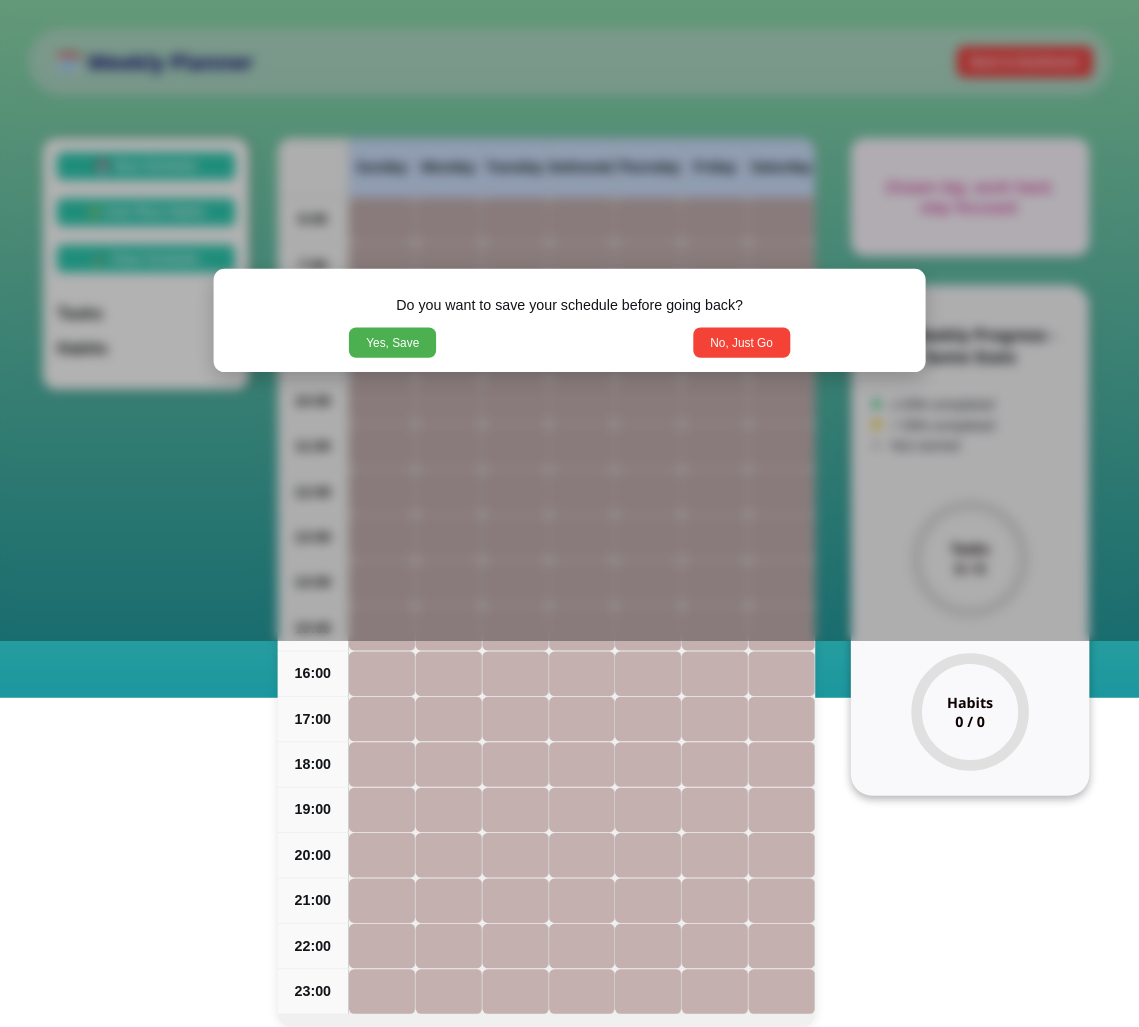
Repository: RachelB9913/smart-task-and-habit-tracker
Page: /schedule, after clicking the first element matching `button.logout-button`
These files come from the project's save history. The page is drawn as it stood at one moment and after the next save; the edit follows.
The browser window is 1280 px wide. The pictures show the whole page, at 89% of full size.
The project was rebuilt for these pictures with package versions that can differ from the ones it lists, and the page was loaded fresh each time. Also part of the build but not shown: src/components/PageWrapper.js, src/components/welcome.js, src/services/api.js, src/components/Login.js, src/components/Register.js, src/components/DashBoard.js.

Above is the page before, as saved 2025-06-29 20:51:38.

After the next save:
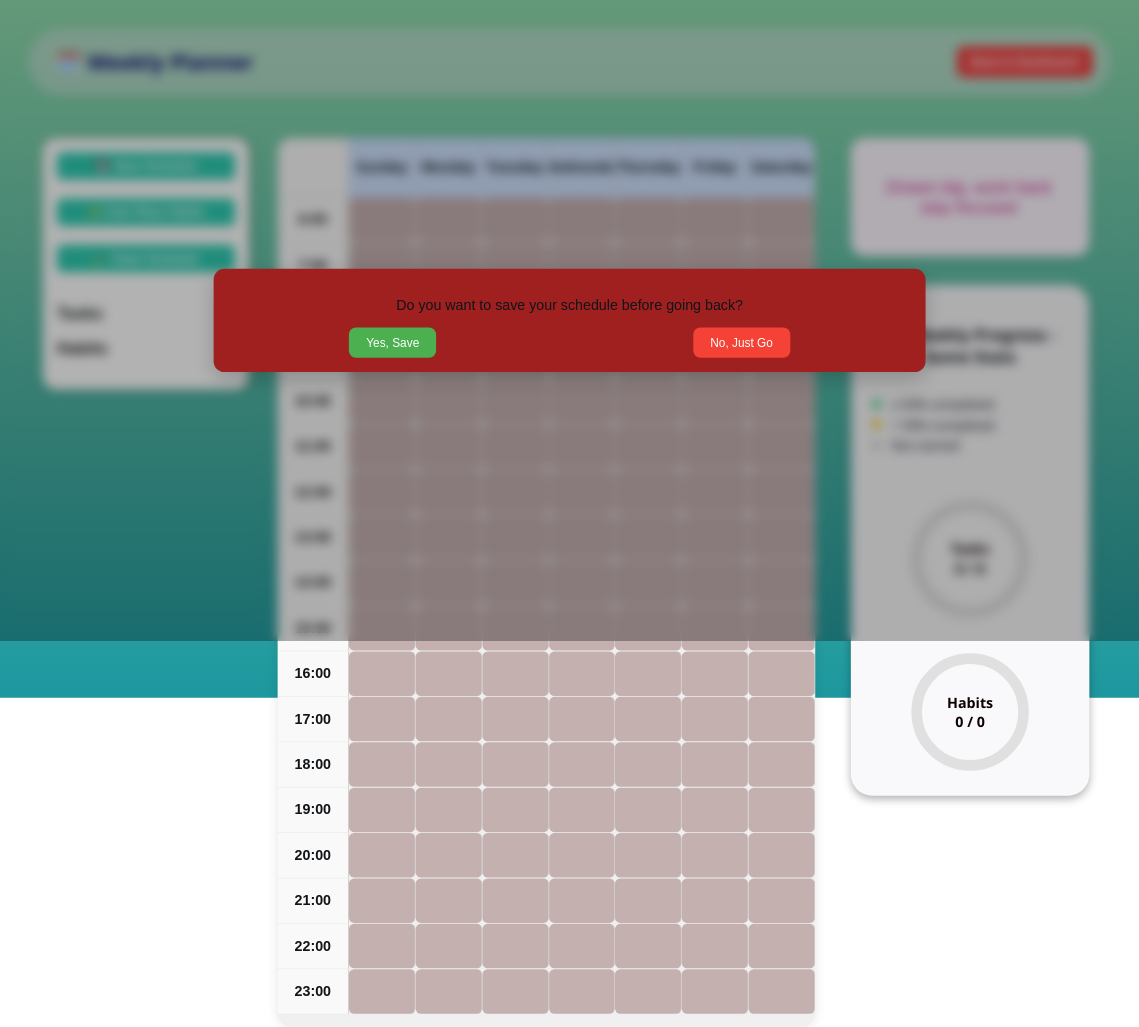
Saved 22 s later.
--- a/src/components/SchedulePlanner.css
+++ b/src/components/SchedulePlanner.css
@@ -244,7 +244,7 @@
 }
 
 .modal-content {
-  background-color: white;
+  background-color: rgb(160, 32, 32);
   padding: 2rem;
   border-radius: 12px;
   box-shadow: 0 8px 24px rgba(0, 0, 0, 0.2);

After the save that followed:
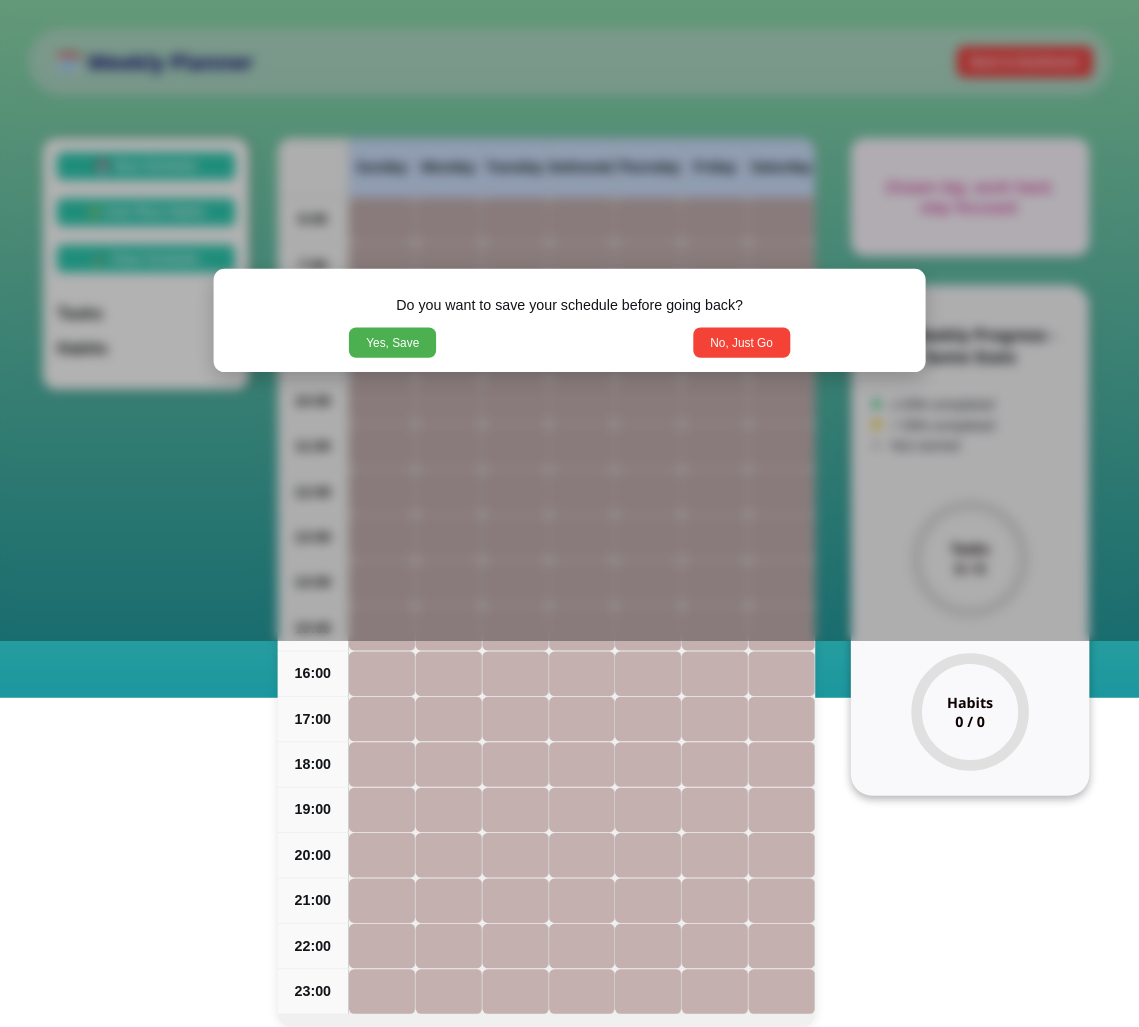
Saved 7 s later.
--- a/src/components/SchedulePlanner.css
+++ b/src/components/SchedulePlanner.css
@@ -244,7 +244,7 @@
 }
 
 .modal-content {
-  background-color: rgb(160, 32, 32);
+  background-color: white;
   padding: 2rem;
   border-radius: 12px;
   box-shadow: 0 8px 24px rgba(0, 0, 0, 0.2);
